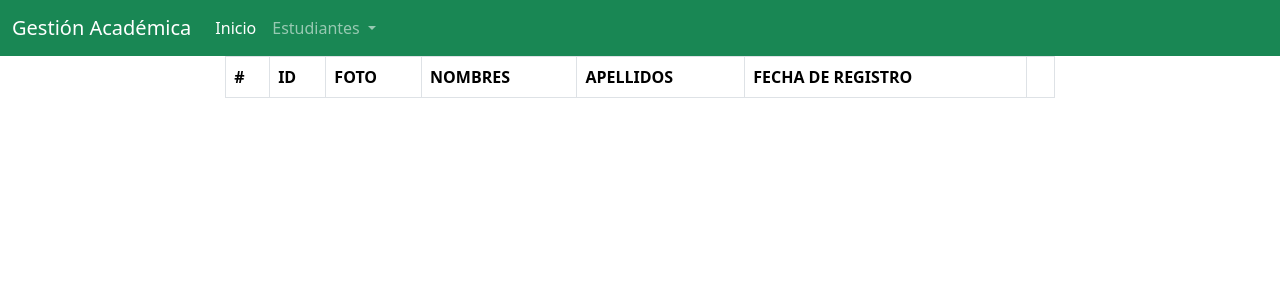
Repository: cesartomedes/frontacademico
Page: /
An editor plug-in stored every save of this project. The page is shown before and after a run of saves, followed by the edit.
The browser window is 1280 px wide. The pictures show the whole page.
The project was rebuilt for these pictures with package versions that can differ from the ones it lists, and the page was loaded fresh each time. Also part of the build but not shown: vue.config.js, src/views/EstudianteNew.vue, src/views/EstudianteEdit.vue, src/views/EstudianteView.vue.

Above is the page before, as saved 2023-10-24 15:50:05.

After the next 4 saves:
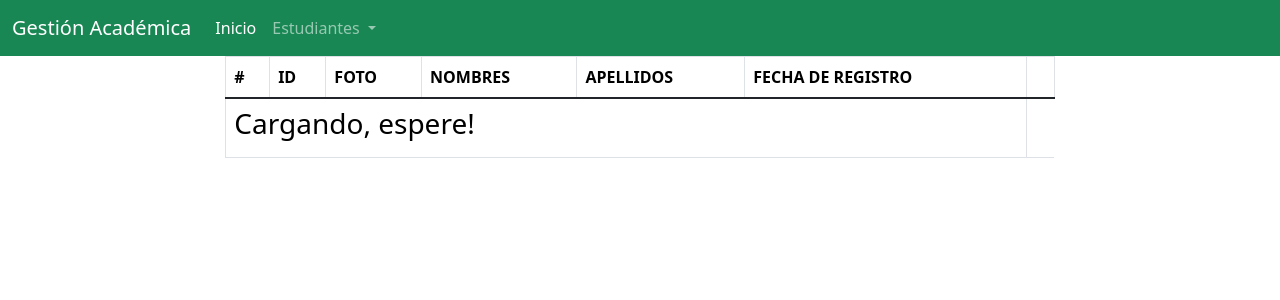
The 4 saves are shown as one change because they came seconds apart.
The last was saved 22 s later.
--- a/src/views/HomeView.vue
+++ b/src/views/HomeView.vue
@@ -35,7 +35,7 @@
       data(){
         return{
           estudiantes:null,
-          cargando:false
+          cargando:true
         }
       }
   }
